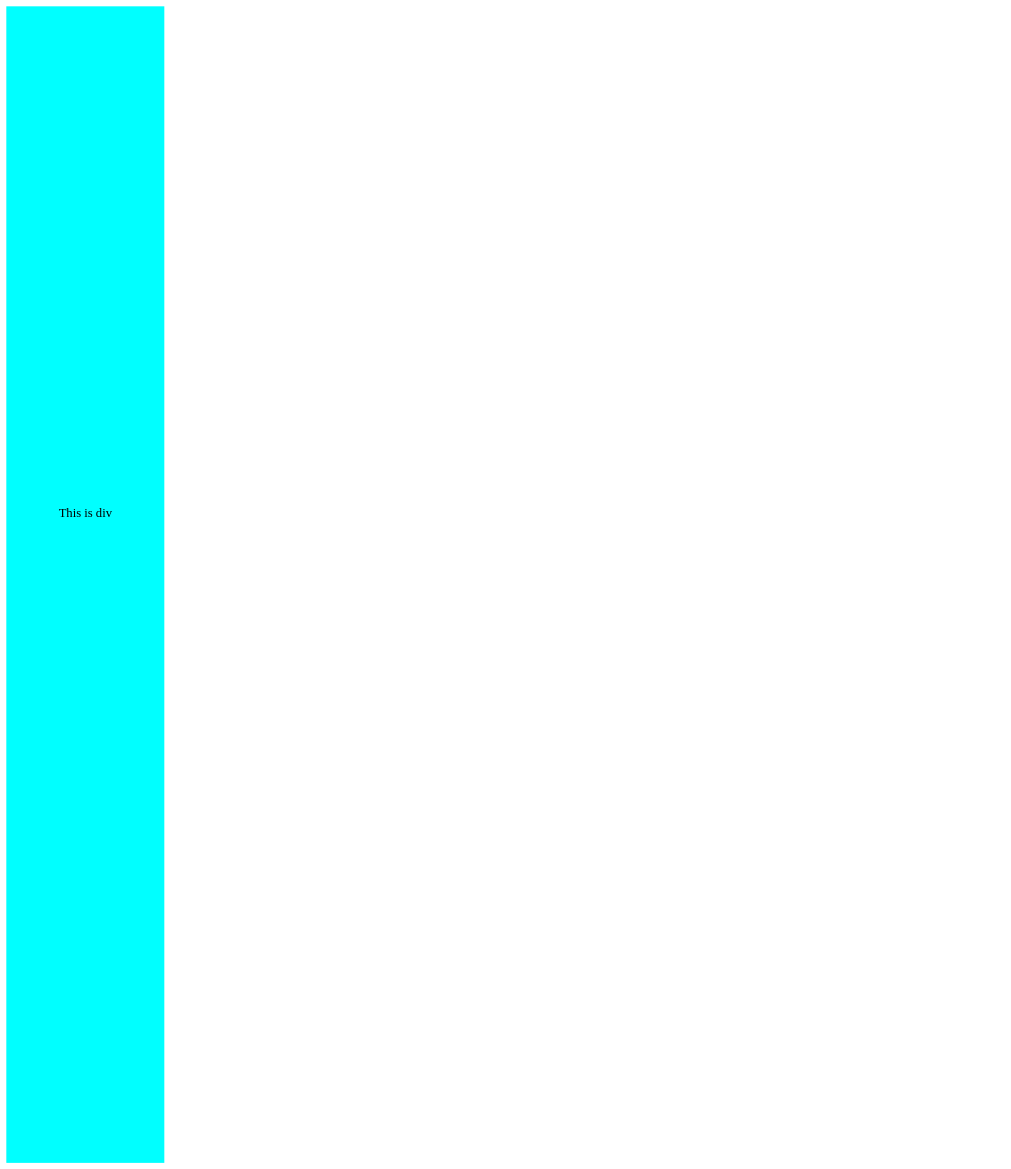
Repository: rakeshkolpepatil/CSS_Apana_College
Page: index.html
An editor plug-in stored every save of this project. The page is shown before and after the next save, followed by the edit.
The browser window is 1280 px wide. The pictures show the whole page, at 79% of full size.

Above is the page before, as saved 2023-06-26 11:52:36.

### index.html
<!DOCTYPE html>
<html lang="en">
<head>
  <meta charset="UTF-8">
  <meta name="viewport" content="width=device-width, initial-scale=1.0">
  <title>Transitions</title>
  <link rel="stylesheet" href="transition.css" />
</head>
<body>
  <div>
    This is div
  </div>
</body>
</html>

### transition.css
div{
  width: 200px;
  height: 200px;
  background-color:aqua;
  text-align: center;
  display: flex;
  justify-content: center;
  /* vertical-align: center; */
  padding: 50% 0;
}

After the next save:
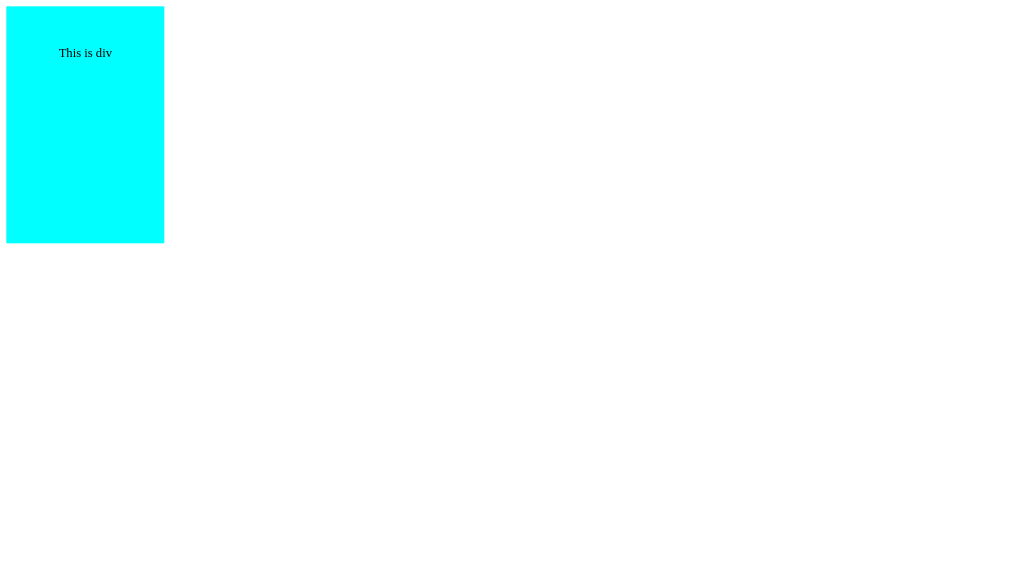
Saved 5 s later.
--- a/transition.css
+++ b/transition.css
@@ -6,5 +6,5 @@ div{
   display: flex;
   justify-content: center;
   /* vertical-align: center; */
-  padding: 50% 0;
+  padding: 50px 0;
 }
